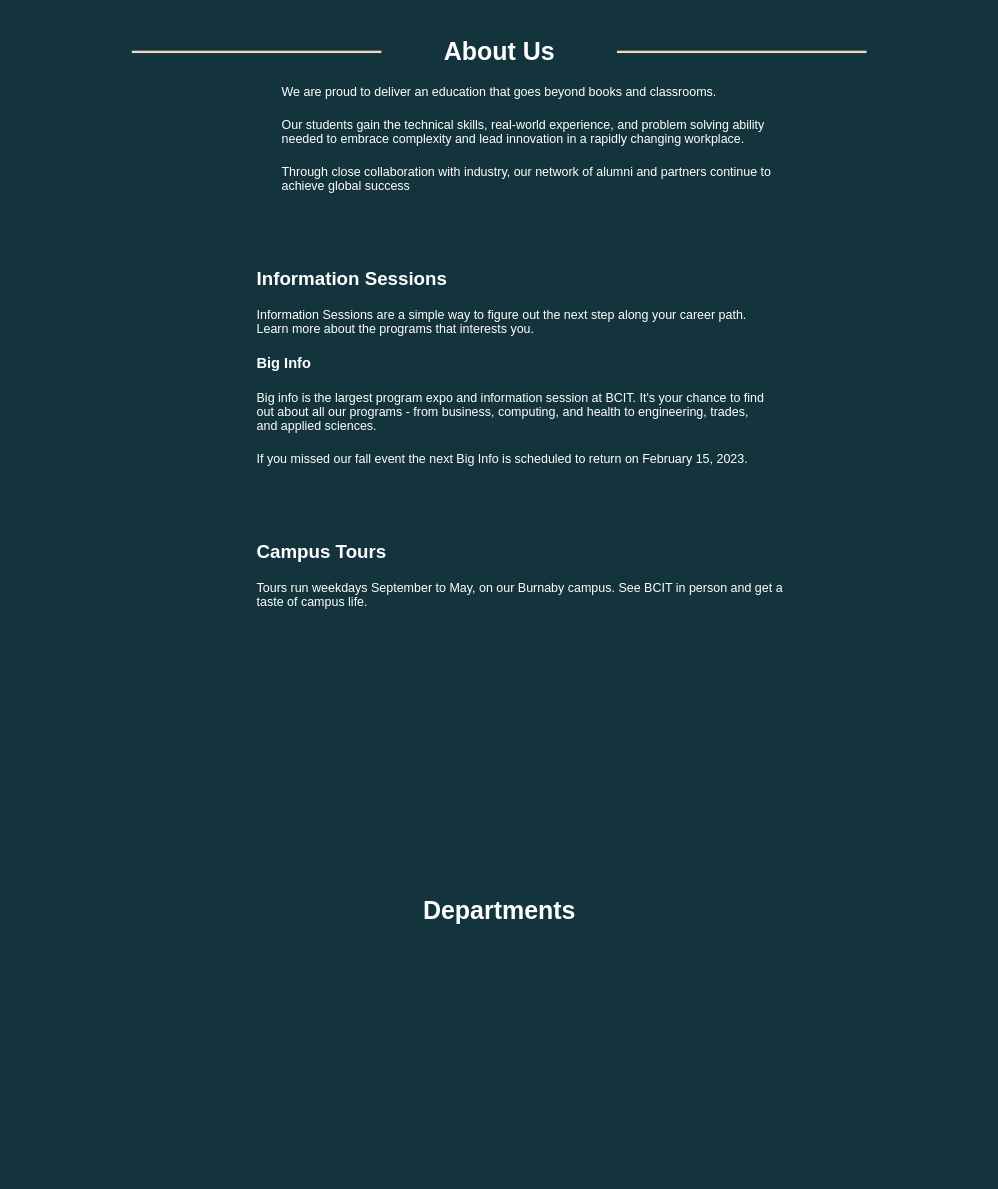
Repository: jennydmcm/assignment-1-playwright-site-A01338943
Page: /about
These files come from the project's save history. The page is drawn as it stood at one moment and after the next save; the edit follows.
The browser window is 1280 px wide. The pictures show the whole page, at 78% of full size.
The project was rebuilt for these pictures with package versions that can differ from the ones it lists, and the page was loaded fresh each time. The framework's server and built-in components were replaced by stand-ins that run in the browser. Also part of the build but not shown: next.config.js.

Above is the page before, as saved 2023-02-08 13:58:36.

After the next save:
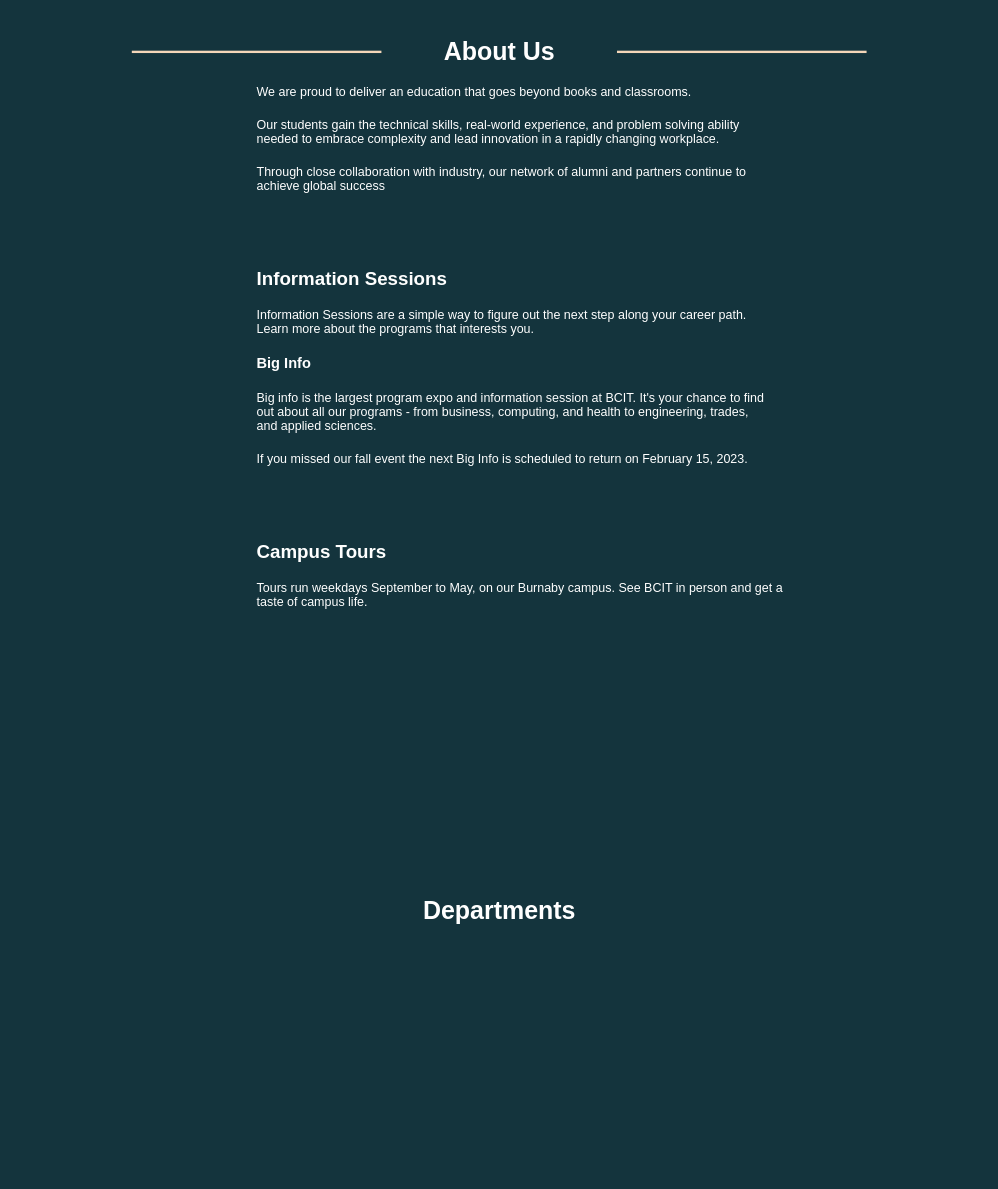
Saved 4 s later.
--- a/styles/About.module.css
+++ b/styles/About.module.css
@@ -41,7 +41,7 @@
 
 }
 .aboutText{
-    padding-left: 12rem;
+    padding-left: 10rem;
 }
 
 .dept{
